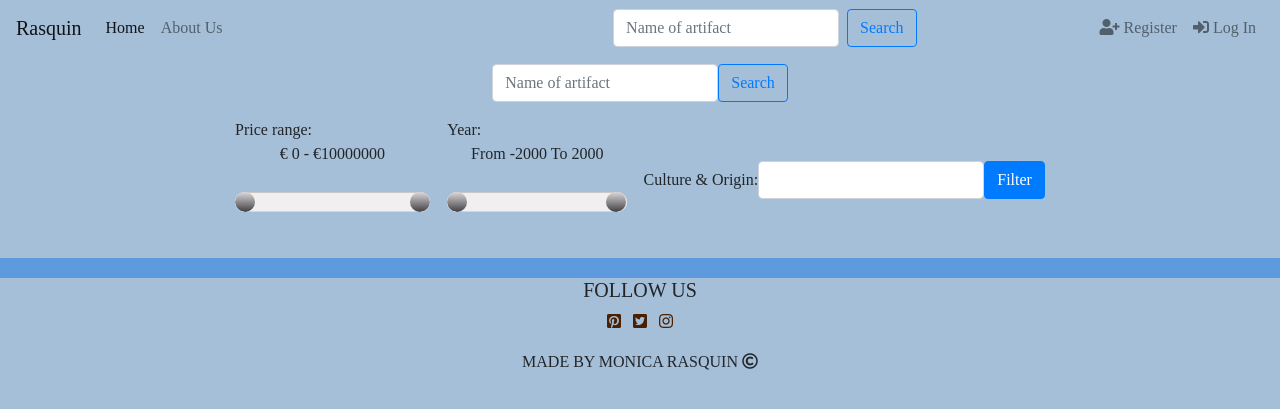
Repository: Rasquin/auction
Page: templates/base.html
The author's editor kept a record of every edit. The page is drawn from the files as they stood at one moment, then again after the next edit.
The browser window is 1280 px wide. The pictures show the whole page.
The template is drawn by Django 2.2. The application's start-up code is not run. The template is opened directly, without the code that normally fills it, so the values that code supplies are empty.

Above is the page before.

After the next edit:
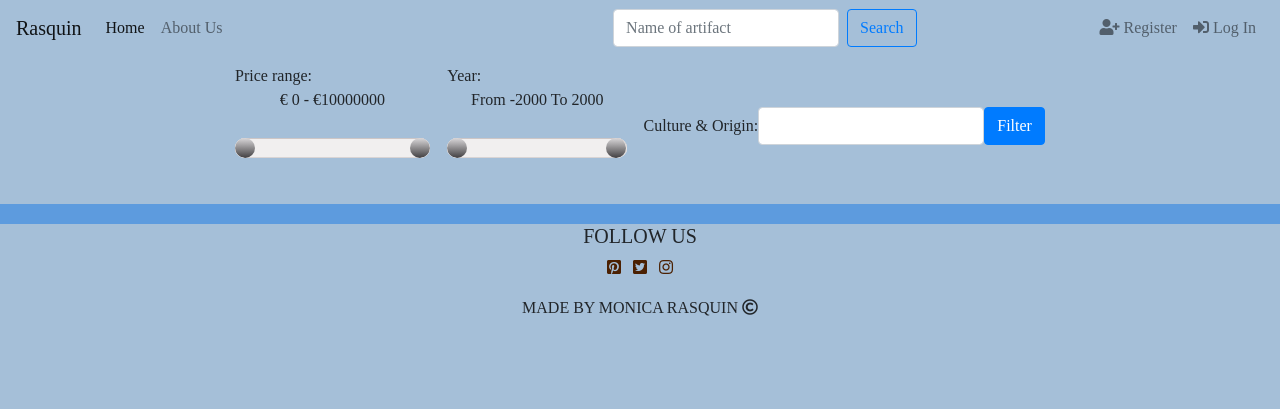
The edit:
--- a/templates/base.html
+++ b/templates/base.html
@@ -83,19 +83,7 @@
         </div>
     </nav>
 
-    <!-- Search & Filter area -->
-
-    <!-- Search -->
-    <nav class="navbar navbar-light bg-light justify-content-center">
-        <form action="{% url 'search_by_name' %}" method="get" class="form-inline ">
-            {% csrf_token %}
-            <input type="text" class="form-control" id="artifact_name" name="artifact_name" required placeholder="Name of artifact">
-            <button class="btn btn-outline-primary  my-2 my-sm-0" type="search">Search</button>
-        </form>
-    </nav>
-
-
-    <!-- Filters -->
+    <!-- Filter area -->
 
     <nav class="navbar navbar-light bg-light justify-content-center">
         <form action="{% url 'filters' %}" method="get" class="form-inline">
